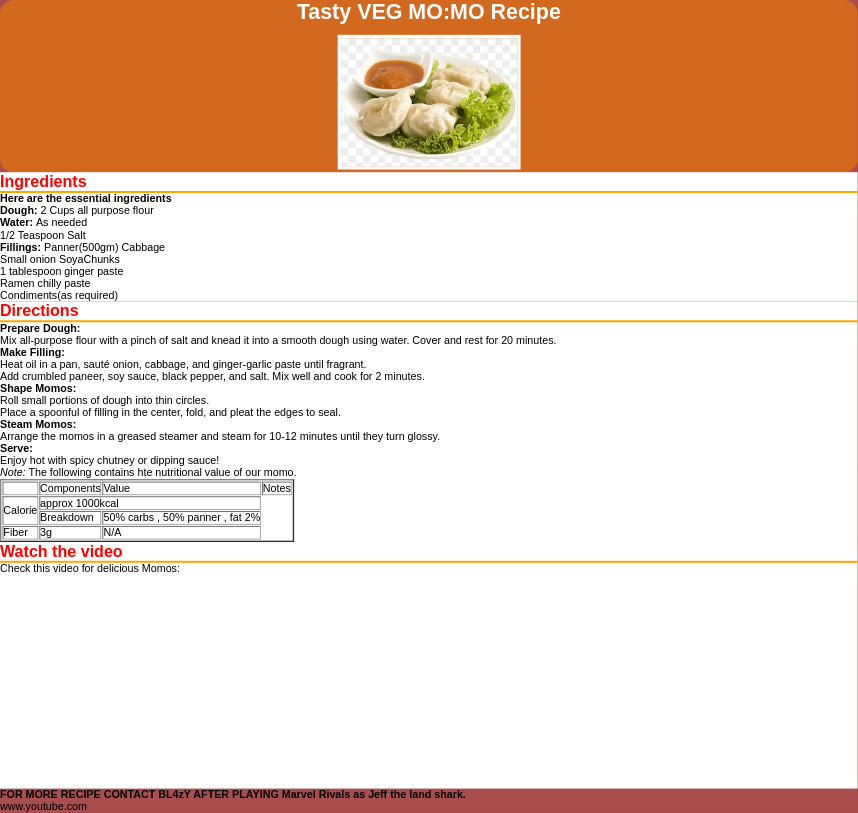
Repository: GigaByte6610/recipe
Page: index.html
These files come from the project's save history. The page is drawn as it stood at one moment and after the next save; the edit follows.
The browser window is 1280 px wide. The pictures show the whole page, at 67% of full size.
Pictures or frames that could not be fetched are drawn as grey boxes.

Above is the page before, as saved 2025-02-05 04:24:50.

After the next save:
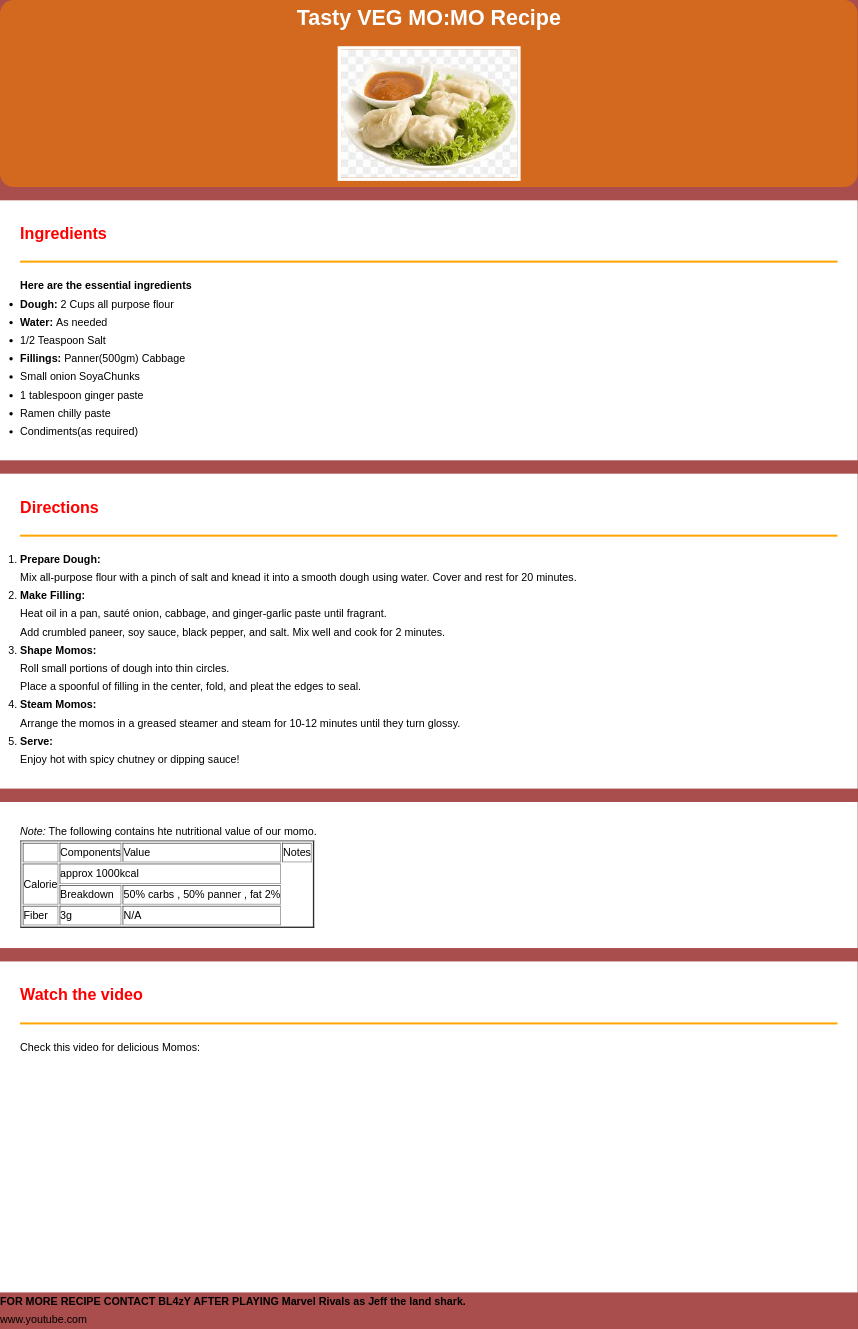
Saved 2 min 33 s later.
--- a/style.css
+++ b/style.css
@@ -7,6 +7,7 @@
 body {
     font-family: Arial, Helvetica, sans-serif;
     background-color: #a94d4d;
+    line-height: 1.7;
 }
 
 header {
@@ -28,10 +29,13 @@ header img {
 
 section {
     background-color: white;
+    margin-top: 20px;
+    padding: 30px;
 }
 
 section h2 {
     color: red;
     border-bottom: 3px solid orange;
-    padding: ;
+    padding-bottom: 20px;
+    margin-bottom: 20px;
 }
